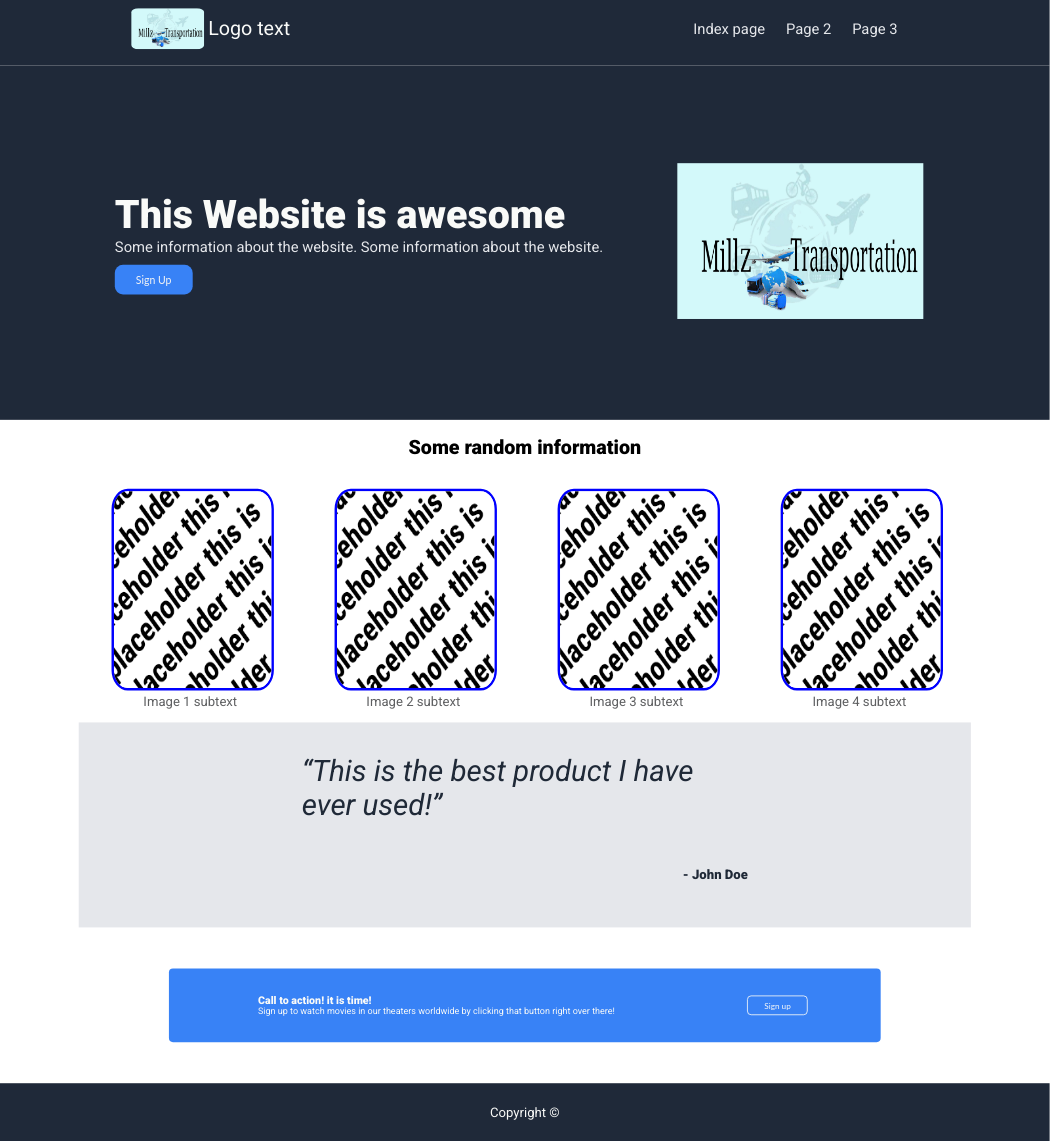
Repository: MikkyPrestige/css-assignment
Page: index.html
The author's editor kept a copy of each file at every save. The page is drawn from the files as they stood at one save, then again after the next save.
The browser window is 1280 px wide. The pictures show the whole page, at 82% of full size.

Above is the page before, as saved 2023-04-27 03:13:06.

After the next save:
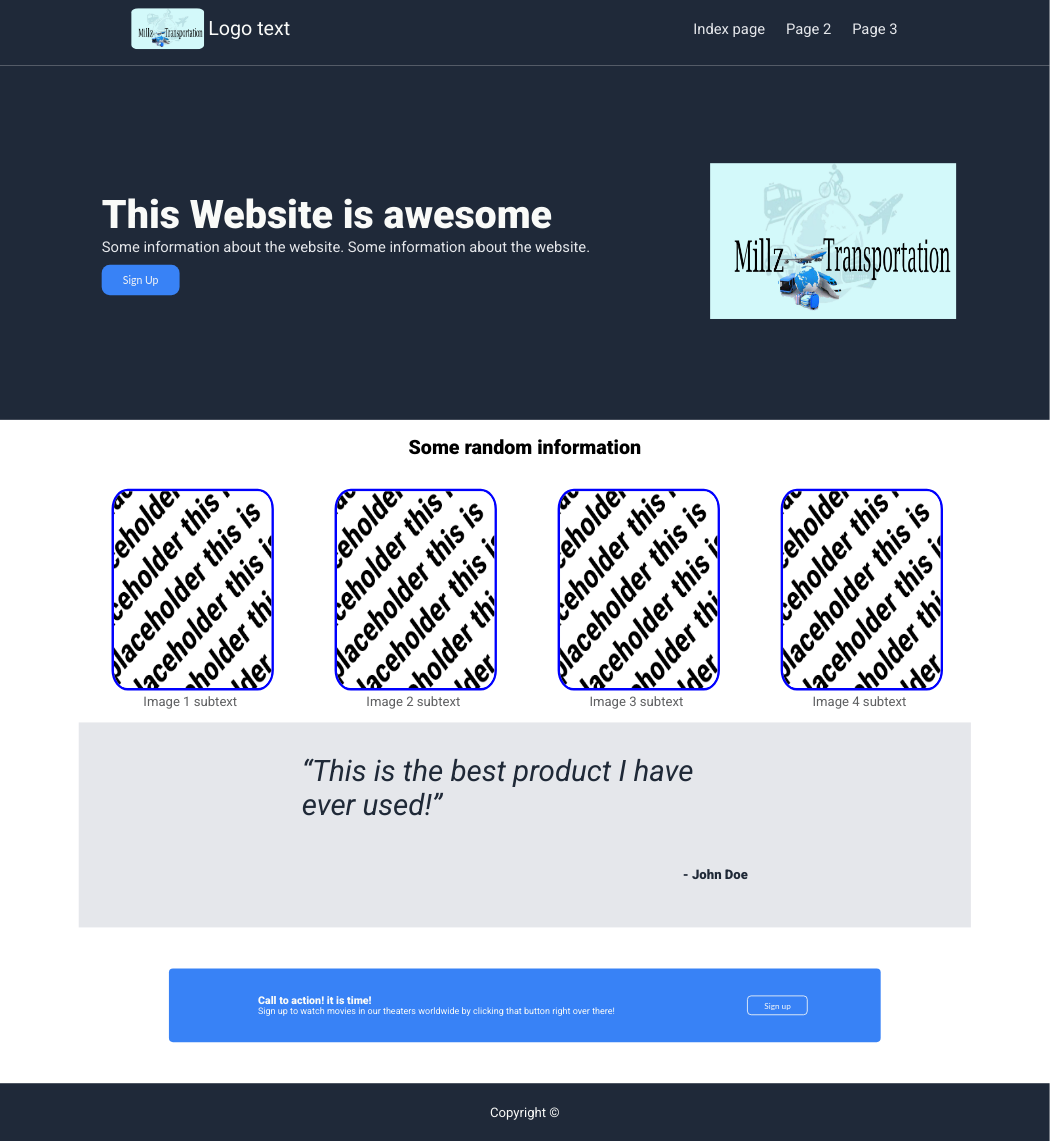
Saved 29 s later.
--- a/styles/index.css
+++ b/styles/index.css
@@ -103,6 +103,11 @@
 	align-items: center;
 	gap: 50px;
 	height: 60vh;
+}
+
+.Header_content {
+	width: 50%;
+	padding: 2%;
 }
 
 .Header_title {
